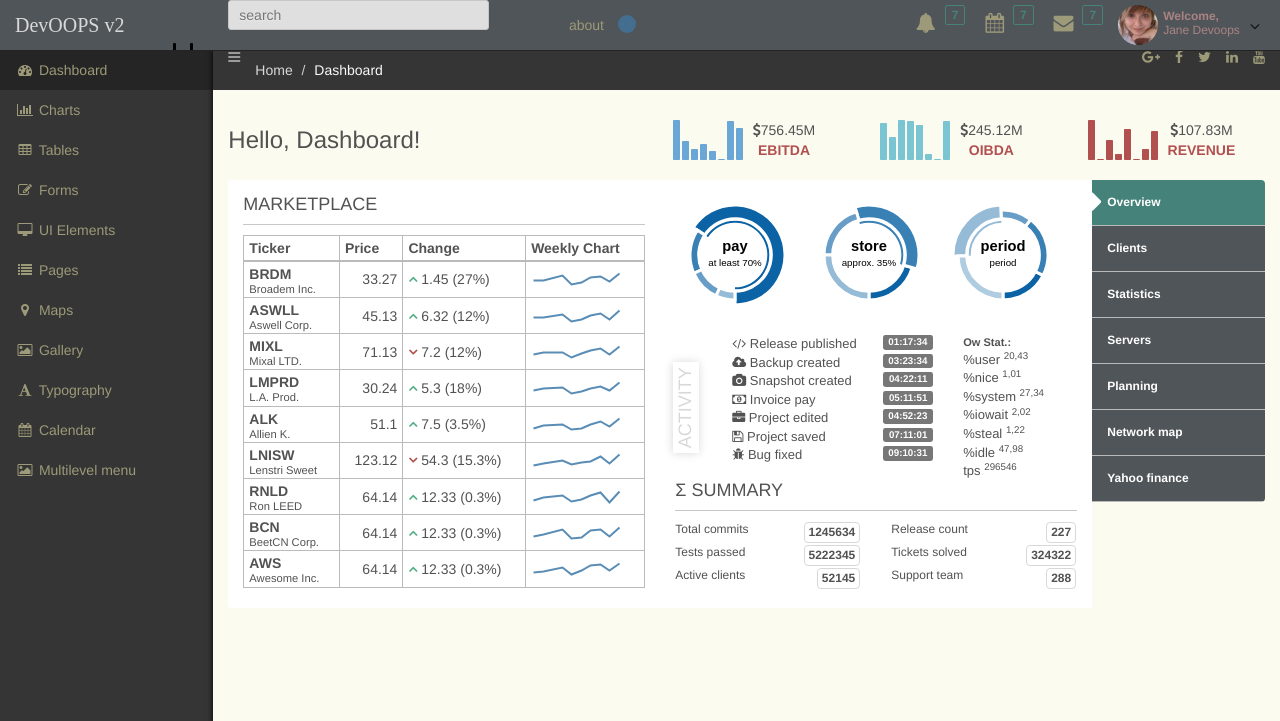
Repository: HackathonNicaragua/sixbyte
Page: http://localhost/RIMB/index.jsp
These files come from the project's save history. The page is drawn as it stood at one moment and after the next save; the edit follows.
The browser window is 1280 px wide. The pictures show the whole page.
Some web fonts or font styles are not loaded; a fallback is used. Some web libraries are served in a nearby version. The page is served by Tomcat 9. Other server files are loaded and not shown.

Above is the page before, as saved 2017-11-25 20:29:00.

### RIMB/WebContent/index.jsp
<%@ page language="java" contentType="text/html; charset=ISO-8859-1"
    pageEncoding="ISO-8859-1"%>
<!DOCTYPE html PUBLIC "-//W3C//DTD HTML 4.01 Transitional//EN" "http://www.w3.org/TR/html4/loose.dtd">
<html lang="es">
	<head>
		<meta charset="utf-8">
		<title>DevOOPS v2</title>
		<meta name="description" content="description">
		<meta name="author" content="DevOOPS">
		<meta name="viewport" content="width=device-width, initial-scale=1">
		<link href="plugins/bootstrap/bootstrap.css" rel="stylesheet">
		<link href="plugins/jquery-ui/jquery-ui.min.css" rel="stylesheet">
		<link href="http://maxcdn.bootstrapcdn.com/font-awesome/4.2.0/css/font-awesome.min.css" rel="stylesheet">
		<link href='http://fonts.googleapis.com/css?family=Righteous' rel='stylesheet' type='text/css'>
		<link href="plugins/fancybox/jquery.fancybox.css" rel="stylesheet">
		<link href="plugins/fullcalendar/fullcalendar.css" rel="stylesheet">
		<link href="plugins/xcharts/xcharts.min.css" rel="stylesheet">
		<link href="plugins/select2/select2.css" rel="stylesheet">
		<link href="plugins/justified-gallery/justifiedGallery.css" rel="stylesheet">
		<link href="css/style_v2.css" rel="stylesheet">
		<link href="plugins/chartist/chartist.min.css" rel="stylesheet">
		<!-- HTML5 shim and Respond.js IE8 support of HTML5 elements and media queries -->
		<!--[if lt IE 9]>
				<script src="http://getbootstrap.com/docs-assets/js/html5shiv.js"></script>
				<script src="http://getbootstrap.com/docs-assets/js/respond.min.js"></script>
		<![endif]-->
	</head>
<body>
<!--Start Header-->
<div id="screensaver">
	<canvas id="canvas"></canvas>
	<i class="fa fa-lock" id="screen_unlock"></i>
</div>
<div id="modalbox">
	<div class="devoops-modal">
		<div class="devoops-modal-header">
			<div class="modal-header-name">
				<span>Basic table</span>
			</div>
			<div class="box-icons">
				<a class="close-link">
					<i class="fa fa-times"></i>
				</a>
			</div>
		</div>
		<div class="devoops-modal-inner">
		</div>
		<div class="devoops-modal-bottom">
		</div>
	</div>
</div>
<header class="navbar">
	<div class="container-fluid expanded-panel">
		<div class="row">
			<div id="logo" class="col-xs-12 col-sm-2">
				<a href="index.html">DevOOPS v2</a>
			</div>
			<div id="top-panel" class="col-xs-12 col-sm-10">
				<div class="row">
					<div class="col-xs-8 col-sm-4">
						<div id="search">
							<input type="text" placeholder="search"/>
							<i class="fa fa-search"></i>
						</div>
					</div>
					<div class="col-xs-4 col-sm-8 top-panel-right">
						<a href="#" class="about">about</a>
						<a href="index_v1.html" class="style1"></a>
						<ul class="nav navbar-nav pull-right panel-menu">
							<li class="hidden-xs">
								<a href="index.html" class="modal-link">
									<i class="fa fa-bell"></i>
									<span class="badge">7</span>
								</a>
							</li>
							<li class="hidden-xs">
								<a class="ajax-link" href="ajax/calendar.html">
									<i class="fa fa-calendar"></i>
									<span class="badge">7</span>
								</a>
							</li>
							<li class="hidden-xs">
								<a href="ajax/page_messages.html" class="ajax-link">
									<i class="fa fa-envelope"></i>
									<span class="badge">7</span>
								</a>
							</li>
							<li class="dropdown">
								<a href="#" class="dropdown-toggle account" data-toggle="dropdown">
									<div class="avatar">
										<img src="img/avatar.jpg" class="img-circle" alt="avatar" />
									</div>
									<i class="fa fa-angle-down pull-right"></i>
									<div class="user-mini pull-right">
										<span class="welcome">Welcome,</span>
										<span>Jane Devoops</span>
									</div>
								</a>
								<ul class="dropdown-menu">
									<li>
										<a href="#">
											<i class="fa fa-user"></i>
											<span>Profile</span>
										</a>
									</li>
									<li>
										<a href="ajax/page_messages.html" class="ajax-link">
											<i class="fa fa-envelope"></i>
											<span>Messages</span>
										</a>
									</li>
									<li>
										<a href="ajax/gallery_simple.html" class="ajax-link">
											<i class="fa fa-picture-o"></i>
											<span>Albums</span>
										</a>
									</li>
									<li>
										<a href="ajax/calendar.html" class="ajax-link">
											<i class="fa fa-tasks"></i>
											<span>Tasks</span>
										</a>
									</li>
									<li>
										<a href="#">
											<i class="fa fa-cog"></i>
											<span>Settings</span>
										</a>
									</li>
									<li>
										<a href="#">
											<i class="fa fa-power-off"></i>
											<span>Logout</span>
										</a>
									</li>
								</ul>
							</li>
						</ul>
					</div>
				</div>
			</div>
		</div>
	</div>
</header>
<!--End Header-->
<!--Start Container-->
<div id="main" class="container-fluid">
	<div class="row">
		<div id="sidebar-left" class="col-xs-2 col-sm-2">
			<ul class="nav main-menu">
				<li>
					<a href="ajax/dashboard.html" class="ajax-link">
						<i class="fa fa-dashboard"></i>
						<span class="hidden-xs">Dashboard</span>
					</a>
				</li>
				<li class="dropdown">
					<a href="#" class="dropdown-toggle">
						<i class="fa fa-bar-chart-o"></i>
						<span class="hidden-xs">Charts</span>
					</a>
					<ul class="dropdown-menu">
						<li><a class="ajax-link" href="ajax/charts_xcharts.html">xCharts</a></li>
						<li><a class="ajax-link" href="ajax/charts_flot.html">Flot Charts</a></li>
						<li><a class="ajax-link" href="ajax/charts_google.html">Google Charts</a></li>
						<li><a class="ajax-link" href="ajax/charts_morris.html">Morris Charts</a></li>
						<li><a class="ajax-link" href="ajax/charts_amcharts.html">AmCharts</a></li>
						<li><a class="ajax-link" href="ajax/charts_chartist.html">Chartist</a></li>
						<li><a class="ajax-link" href="ajax/charts_coindesk.html">CoinDesk realtime</a></li>
					</ul>
				</li>
				<li class="dropdown">
					<a href="#" class="dropdown-toggle">
						<i class="fa fa-table"></i>
						 <span class="hidden-xs">Tables</span>
					</a>
					<ul class="dropdown-menu">
						<li><a class="ajax-link" href="ajax/tables_simple.html">Simple Tables</a></li>
						<li><a class="ajax-link" href="ajax/tables_datatables.html">Data Tables</a></li>
						<li><a class="ajax-link" href="ajax/tables_beauty.html">Beauty Tables</a></li>
					</ul>
				</li>
				<li class="dropdown">
					<a href="#" class="dropdown-toggle">
						<i class="fa fa-pencil-square-o"></i>
						 <span class="hidden-xs">Forms</span>
					</a>
					<ul class="dropdown-menu">
						<li><a class="ajax-link" href="ajax/forms_elements.html">Elements</a></li>
						<li><a class="ajax-link" href="ajax/forms_layouts.html">Layouts</a></li>
						<li><a class="ajax-link" href="ajax/forms_file_uploader.html">File Uploader</a></li>
					</ul>
				</li>
				<li class="dropdown">
					<a href="#" class="dropdown-toggle">
						<i class="fa fa-desktop"></i>
						 <span class="hidden-xs">UI Elements</span>
					</a>
					<ul class="dropdown-menu">
						<li><a class="ajax-link" href="ajax/ui_grid.html">Grid</a></li>
						<li><a class="ajax-link" href="ajax/ui_buttons.html">Buttons</a></li>
						<li><a class="ajax-link" href="ajax/ui_progressbars.html">Progress Bars</a></li>
						<li><a class="ajax-link" href="ajax/ui_jquery-ui.html">Jquery UI</a></li>
						<li><a class="ajax-link" href="ajax/ui_icons.html">Icons</a></li>
					</ul>
				</li>
				<li class="dropdown">
					<a href="#" class="dropdown-toggle">
						<i class="fa fa-list"></i>
						 <span class="hidden-xs">Pages</span>
					</a>
					<ul class="dropdown-menu">
						<li><a href="ajax/page_login.html">Login</a></li>
						<li><a href="ajax/page_register.html">Register</a></li>
						<li><a id="locked-screen" class="submenu" href="ajax/page_locked.html">Locked Screen</a></li>
						<li><a class="ajax-link" href="ajax/page_contacts.html">Contacts</a></li>
						<li><a class="ajax-link" href="ajax/page_feed.html">Feed</a></li>
						<li><a class="ajax-link add-full" href="ajax/page_messages.html">Messages</a></li>
						<li><a class="ajax-link" href="ajax/page_pricing.html">Pricing</a></li>
						<li><a class="ajax-link" href="ajax/page_product.html">Product</a></li>
						<li><a class="ajax-link" href="ajax/page_invoice.html">Invoice</a></li>
						<li><a class="ajax-link" href="ajax/page_search.html">Search Results</a></li>
						<li><a class="ajax-link" href="ajax/page_404.html">Error 404</a></li>
						<li><a href="ajax/page_500.html">Error 500</a></li>
					</ul>
				</li>
				<li class="dropdown">
					<a href="#" class="dropdown-toggle">
						<i class="fa fa-map-marker"></i>
						<span class="hidden-xs">Maps</span>
					</a>
					<ul class="dropdown-menu">
						<li><a class="ajax-link" href="ajax/maps.html">OpenStreetMap</a></li>
						<li><a class="ajax-link" href="ajax/map_fullscreen.html">Fullscreen map</a></li>
						<li><a class="ajax-link" href="ajax/map_leaflet.html">Leaflet</a></li>
					</ul>
				</li>
				<li class="dropdown">
					<a href="#" class="dropdown-toggle">
						<i class="fa fa-picture-o"></i>
						 <span class="hidden-xs">Gallery</span>
					</a>
					<ul class="dropdown-menu">
						<li><a class="ajax-link" href="ajax/gallery_simple.html">Simple Gallery</a></li>
						<li><a class="ajax-link" href="ajax/gallery_flickr.html">Flickr Gallery</a></li>
					</ul>
				</li>
				<li>
					 <a class="ajax-link" href="ajax/typography.html">
						 <i class="fa fa-font"></i>
						 <span class="hidden-xs">Typography</span>
					</a>
				</li>
				 <li>
					<a class="ajax-link" href="ajax/calendar.html">
						 <i class="fa fa-calendar"></i>
						 <span class="hidden-xs">Calendar</span>
					</a>
				 </li>
				<li class="dropdown">
					<a href="#" class="dropdown-toggle">
						<i class="fa fa-picture-o"></i>
						 <span class="hidden-xs">Multilevel menu</span>
					</a>
					<ul class="dropdown-menu">
						<li><a href="#">First level menu</a></li>
						<li><a href="#">First level menu</a></li>
						<li class="dropdown">
							<a href="#" class="dropdown-toggle">
								<i class="fa fa-plus-square"></i>
								<span class="hidden-xs">Second level menu group</span>
							</a>
							<ul class="dropdown-menu">
								<li><a href="#">Second level menu</a></li>
								<li><a href="#">Second level menu</a></li>
								<li class="dropdown">
									<a href="#" class="dropdown-toggle">
										<i class="fa fa-plus-square"></i>
										<span class="hidden-xs">Three level menu group</span>
									</a>
									<ul class="dropdown-menu">
										<li><a href="#">Three level menu</a></li>
										<li><a href="#">Three level menu</a></li>
										<li class="dropdown">
											<a href="#" class="dropdown-toggle">
												<i class="fa fa-plus-square"></i>
												<span class="hidden-xs">Four level menu group</span>
											</a>
											<ul class="dropdown-menu">
												<li><a href="#">Four level menu</a></li>
												<li><a href="#">Four level menu</a></li>
												<li class="dropdown">
													<a href="#" class="dropdown-toggle">
														<i class="fa fa-plus-square"></i>
														<span class="hidden-xs">Five level menu group</span>
													</a>
													<ul class="dropdown-menu">
														<li><a href="#">Five level menu</a></li>
														<li><a href="#">Five level menu</a></li>
														<li class="dropdown">
															<a href="#" class="dropdown-toggle">
																<i class="fa fa-plus-square"></i>
																<span class="hidden-xs">Six level menu group</span>
															</a>
															<ul class="dropdown-menu">
																<li><a href="#">Six level menu</a></li>
																<li><a href="#">Six level menu</a></li>
															</ul>
														</li>
													</ul>
												</li>
											</ul>
										</li>
										<li><a href="#">Three level menu</a></li>
									</ul>
								</li>
							</ul>
						</li>
					</ul>
				</li>
			</ul>
		</div>
		<!--Start Content-->
		<div id="content" class="col-xs-12 col-sm-10">
			<div id="about">
				<div class="about-inner">
					<h4 class="page-header">Open-source admin theme for you</h4>
					<p>DevOOPS team</p>
					<p>Homepage - <a href="http://devoops.me" target="_blank">http://devoops.me</a></p>
					<p>Email - <a href="mailto:devoopsme@gmail.com">devoopsme@gmail.com</a></p>
					<p>Twitter - <a href="http://twitter.com/devoopsme" target="_blank">http://twitter.com/devoopsme</a></p>
					<p>Donate - BTC 123Ci1ZFK5V7gyLsyVU36yPNWSB5TDqKn3</p>
				</div>
			</div>
			<div class="preloader">
				<img src="img/devoops_getdata.gif" class="devoops-getdata" alt="preloader"/>
			</div>
			<div id="ajax-content"></div>
		</div>
		<!--End Content-->
	</div>
</div>
<!--End Container-->
<!-- jQuery (necessary for Bootstrap's JavaScript plugins) -->
<!--<script src="http://code.jquery.com/jquery.js"></script>-->
<script src="plugins/jquery/jquery.min.js"></script>
<script src="plugins/jquery-ui/jquery-ui.min.js"></script>
<!-- Include all compiled plugins (below), or include individual files as needed -->
<script src="plugins/bootstrap/bootstrap.min.js"></script>
<script src="plugins/justified-gallery/jquery.justifiedGallery.min.js"></script>
<script src="plugins/tinymce/tinymce.min.js"></script>
<script src="plugins/tinymce/jquery.tinymce.min.js"></script>
<!-- All functions for this theme + document.ready processing -->
<script src="js/devoops.js"></script>
</body>
</html>

Loaded but not shown: RIMB/WebContent/plugins/bootstrap/bootstrap.css (library); RIMB/WebContent/plugins/jquery-ui/jquery-ui.min.css (library); RIMB/WebContent/plugins/fancybox/jquery.fancybox.css (library); RIMB/WebContent/plugins/fullcalendar/fullcalendar.css (library); RIMB/WebContent/plugins/xcharts/xcharts.min.css (library); RIMB/WebContent/plugins/select2/select2.css (library); RIMB/WebContent/plugins/justified-gallery/justifiedGallery.css (library); RIMB/WebContent/plugins/chartist/chartist.min.css (library); RIMB/WebContent/plugins/jquery/jquery.min.js (library); RIMB/WebContent/plugins/jquery-ui/jquery-ui.min.js (library); RIMB/WebContent/plugins/bootstrap/bootstrap.min.js (library); RIMB/WebContent/plugins/justified-gallery/jquery.justifiedGallery.min.js (library); RIMB/WebContent/plugins/tinymce/tinymce.min.js (library); RIMB/WebContent/plugins/tinymce/jquery.tinymce.min.js (library); RIMB/WebContent/plugins/jQuery-Knob/jquery.knob.js (library); RIMB/WebContent/plugins/sparkline/jquery.sparkline.min.js (library); RIMB/WebContent/plugins/raphael/raphael-min.js (library); RIMB/WebContent/plugins/springy/springy.js (library); RIMB/WebContent/plugins/morris/morris.min.js (library); RIMB/WebContent/plugins/springy/springyui.js (library); RIMB/WebContent/js/devoops.js (3495 lines, source omitted); RIMB/WebContent/css/style_v2.css (2252 lines, source omitted); RIMB/WebContent/ajax/dashboard.html (531 lines, source omitted)

After the next save:
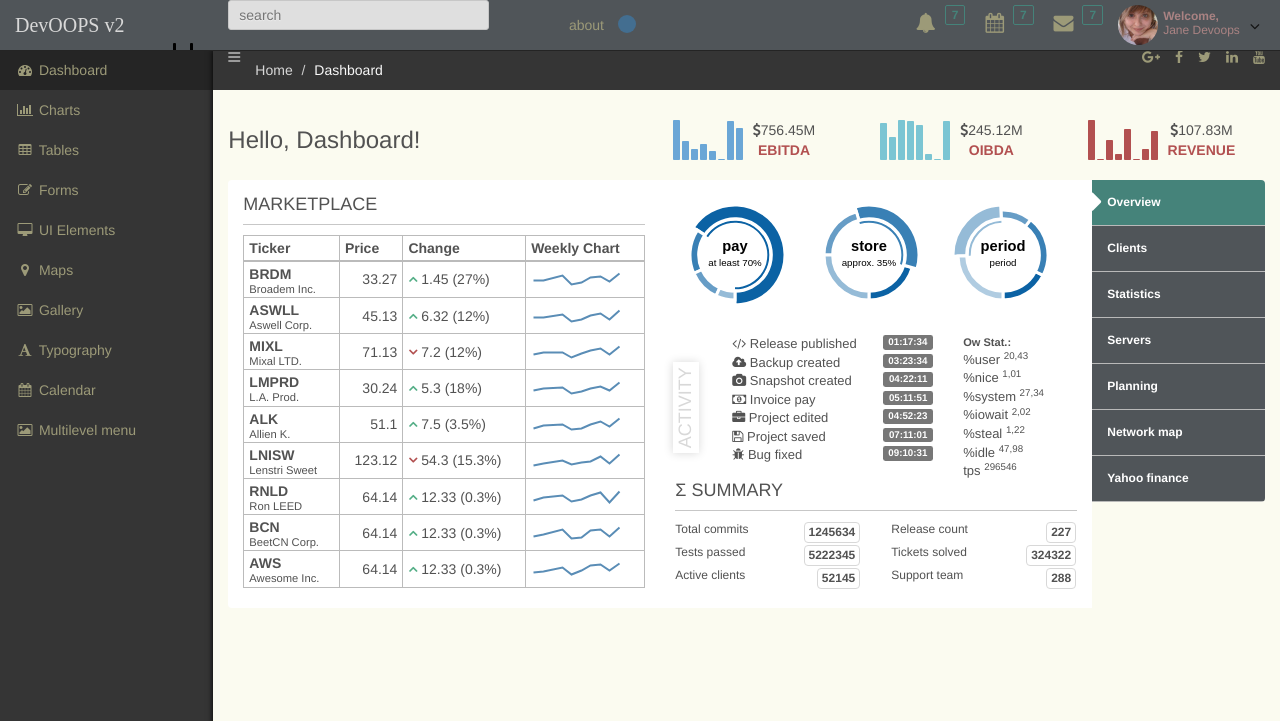
Saved 31 min 11 s later.
--- a/RIMB/WebContent/index.jsp
+++ b/RIMB/WebContent/index.jsp
@@ -204,11 +204,6 @@
 						<li><a class="ajax-link" href="ajax/ui_icons.html">Icons</a></li>
 					</ul>
 				</li>
-				<li class="dropdown">
-					<a href="#" class="dropdown-toggle">
-						<i class="fa fa-list"></i>
-						 <span class="hidden-xs">Pages</span>
-					</a>
 					<ul class="dropdown-menu">
 						<li><a href="ajax/page_login.html">Login</a></li>
 						<li><a href="ajax/page_register.html">Register</a></li>
